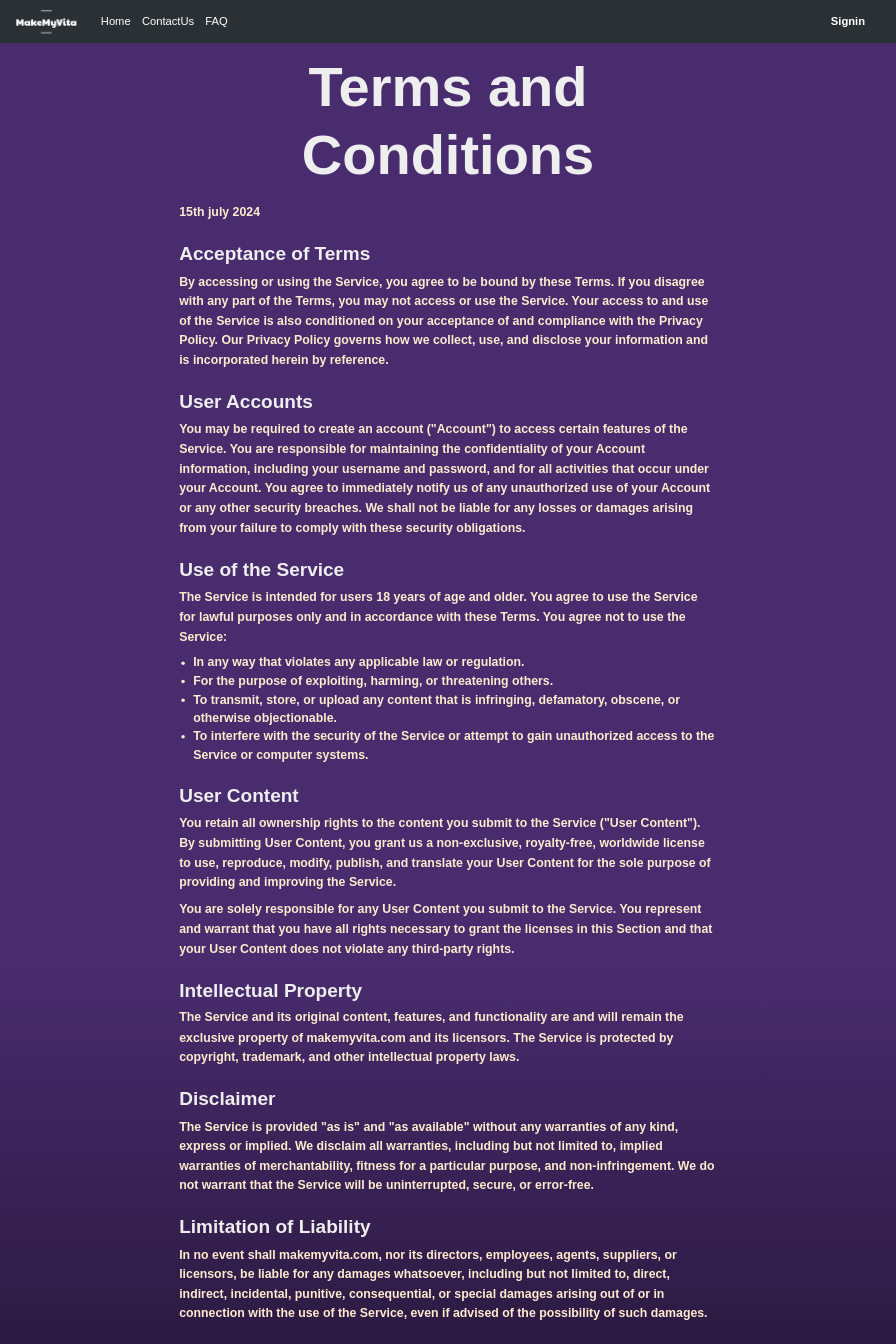
Repository: Tejaakshaykumar/MakeMyVita-Resume-Builder-Website
Page: /T&C (app in frontend/)
These files come from the project's save history. The page is drawn as it stood at one moment and after the next save; the edit follows.
The browser window is 1280 px wide. The pictures show the part of the page from y = 0 to 1920 px (the page is 2936 px tall), at 70% of full size.
Some web libraries are served in a nearby version. The project was rebuilt for these pictures with package versions that can differ from the ones it lists, and the page was loaded fresh each time. Also part of the build but not shown: frontend/src/App.css, frontend/src/containers/About.js, frontend/src/containers/Buildresume.js, frontend/src/containers/Images.js, frontend/src/containers/Features.js, frontend/src/containers/Review.js, frontend/src/containers/Trybox.js, frontend/src/containers/Motionbox.js and 5 more.

Above is the page before, as saved 2024-06-10 11:49:40.

### frontend/public/index.html
<!DOCTYPE html>
<html lang="en">
  <head>
    <meta charset="utf-8" />
    <link rel="icon" href="%PUBLIC_URL%/favicon.ico" />
    <meta name="viewport" content="width=device-width, initial-scale=1" />
    <meta name="theme-color" content="#000000" />
    <meta
      name="description"
      content="Web site created using create-react-app"
    />
    <link rel="apple-touch-icon" href="%PUBLIC_URL%/logo192.png" />
    <!--
      manifest.json provides metadata used when your web app is installed on a
      user's mobile device or desktop. See https://developers.google.com/web/fundamentals/web-app-manifest/
    -->
    <link rel="manifest" href="%PUBLIC_URL%/manifest.json" />
    <link rel="stylesheet" href="https://stackpath.bootstrapcdn.com/bootstrap/4.5.2/css/bootstrap.min.css">
  <link rel="stylesheet" href="https://stackpath.bootstrapcdn.com/font-awesome/4.7.0/css/font-awesome.min.css">
  <link href="https://cdn.jsdelivr.net/npm/bootstrap@5.3.3/dist/css/bootstrap.min.css" rel="stylesheet" integrity="sha384-QWTKZyjpPEjISv5WaRU9OFeRpok6YctnYmDr5pNlyT2bRjXh0JMhjY6hW+ALEwIH" crossorigin="anonymous">
  <link href="https://cdn.jsdelivr.net/npm/bootstrap-icons@1.7.2/font/bootstrap-icons.css" rel="stylesheet">
    <!--
      Notice the use of %PUBLIC_URL% in the tags above.
      It will be replaced with the URL of the `public` folder during the build.
      Only files inside the `public` folder can be referenced from the HTML.

      Unlike "/favicon.ico" or "favicon.ico", "%PUBLIC_URL%/favicon.ico" will
      work correctly both with client-side routing and a non-root public URL.
      Learn how to configure a non-root public URL by running `npm run build`.
    -->
    <title>React App</title>
  </head>
  <body>
    <noscript>You need to enable JavaScript to run this app.</noscript>
    <div id="root"></div>
    <!--
      This HTML file is a template.
      If you open it directly in the browser, you will see an empty page.

      You can add webfonts, meta tags, or analytics to this file.
      The build step will place the bundled scripts into the <body> tag.

      To begin the development, run `npm start` or `yarn start`.
      To create a production bundle, use `npm run build` or `yarn build`.
    -->
  </body>
  <script src="https://cdn.jsdelivr.net/npm/bootstrap@5.3.3/dist/js/bootstrap.bundle.min.js" integrity="sha384-YvpcrYf0tY3lHB60NNkmXc5s9fDVZLESaAA55NDzOxhy9GkcIdslK1eN7N6jIeHz" crossorigin="anonymous"></script>
</html>

### frontend/src/containers/Navbar.js
import React from 'react';
import { useNavigate } from 'react-router-dom';
import logo from '../images/HubSpot Brand Kit/Logo/PNG/main-logo-white-transparent.png';
export default function Navbar() {
  const navigate = useNavigate();
  const handleSigninClick = () => {
    navigate('/signin');
  };
  return (
    <div>

      <nav className="navbar fixed-top navbar-expand-lg bg-body-tertiary" data-bs-theme="dark" >
      <div className="container-fluid" >
        <a className="navbar-brand" href="/">
        <img src={logo} alt="Logo" style={{height:'5vh',width:'15vh',objectFit:'cover'}} />
        </a>
        <button
          className="navbar-toggler"
          type="button"
          data-bs-toggle="collapse"
          data-bs-target="#navbarSupportedContent"
          aria-controls="navbarSupportedContent"
          aria-expanded="false"
          aria-label="Toggle navigation"
        >
          <span className="navbar-toggler-icon" />
        </button>
        <div className="collapse navbar-collapse" id="navbarSupportedContent">
          <ul className="navbar-nav me-auto mb-2 mb-lg-0">
            <li className="nav-item">
              <a className="nav-link active" aria-current="page" href="/">
                Home
              </a>
            </li>
            <li className="nav-item">
              <a className="nav-link active" aria-current="page" href="#">
                ContactUs
              </a>
            </li>
            <li className="nav-item">
              <a className="nav-link active" aria-current="page" href="/FAQ">
                FAQ
              </a>
            </li>
          </ul>
          <form className="d-flex">
            <button className=" btn btn-outline-success custom-btn" type="submit" onClick={handleSigninClick}>
            &nbsp;&nbsp;&nbsp;&nbsp;&nbsp;Signin&nbsp;&nbsp;&nbsp;&nbsp;&nbsp;
            </button>
          </form>
        </div>
      </div>
    </nav>

    </div>
  );
}

### frontend/src/containers/Foot.js
import React from 'react';
import './cont.css'; // Import the CSS file

export default function Foot() {
  return (
    <footer>
      <div className="footer-container ">
        <ul className="footer-nav">
        <li className="nav-item">
            <a className="nav-link" href="/aboutus">
              ABOUT US
            </a>
          </li>
          <>|</>
          <li className="nav-item">
            <a className="nav-link" href="/T&C">
              TERMS & CONDITIONS
            </a>
          </li>
          <>|</>
        <li className="nav-item">
            <a className="nav-link" href="/privacy">
              PRIVACY POLICY
            </a>
          </li>
          <>|</>
          <li className="nav-item">
            <a className="nav-link" href="#">
              CONTACT US
            </a>
          </li>
          <>|</>
          <li className="nav-item">
            <a className="nav-link" href="/FAQ">
              FAQs
            </a>
          </li>
        </ul>
        <div class="social-icons">
        <a href="https://www.facebook.com" target="_blank" aria-label="Facebook">
          <i class="bi bi-facebook"></i>
        </a>
        <a href="https://www.instagram.com" target="_blank" aria-label="Instagram">
          <i class="bi bi-instagram"></i>
        </a>
        <a href="https://www.pinterest.com" target="_blank" aria-label="Pinterest">
          <i class="bi bi-pinterest"></i>
        </a>
        <a href="https://www.youtube.com" target="_blank" aria-label="YouTube">
          <i class="bi bi-youtube"></i>
        </a>
        <a href="https://www.linkedin.com" target="_blank" aria-label="LinkedIn">
          <i class="bi bi-linkedin"></i>
        </a>
        <a href="https://www.twitter.com" target="_blank" aria-label="Twitter">
          <i class="bi bi-twitter"></i>
        </a>
      </div>
      <div className="footer-copy">
          &copy; 2024 developed by Teja Akshay Kumar
      </div>
      </div>
    </footer>
  );
}

### frontend/src/containers/cont.css
/* navbar */
.custom-btn {
  color: white;
}
.custom-btn:hover {
  color: black;
  background-color: white;
}

.footer-container {
  height: 25vh;
  width: 100%;
  background-color: rgb(0, 0, 0);
  color: white;
  display: flex;
  flex-direction: column;
  align-items: center;
  /* padding-bottom: 3%; */
  /* justify-content: center; */
}

.footer-nav {
  display: flex;
  list-style: none;
  padding-top: 30px;
  margin: 0;
}

.footer-nav .nav-item {
  margin: 0 50px;
}

.footer-nav .nav-item .nav-link {
  color: white;
  text-decoration: none;
  /* text-transform: uppercase; */
  /* text-decoration: underline; */
}

.footer-nav .nav-item .nav-link:hover {
  text-decoration: underline;
}

.footer-copy {
  /* padding-top: 5%; */
  text-align: center;
  font-size: large;
  font-weight: 500;
  /* padding-bottom: 3%; */
}

.social-icons {
  display: flex;
  justify-content: center;
  gap: 40px;
  padding: 40px;
  /* background-color: #f0f0f0; */
}

.social-icons a {
  color: #ffffff;
  font-size: 24px;
  text-decoration: none;
}

.social-icons a:hover {
  color: #007bff;
}

/* Features */

.feature-component {
  height: 90vh;
  width: 100%;
  display: flex;
  justify-content: flex-start;
  flex-wrap: wrap;
  margin-top: 10%;
  padding-left: 8%;
  padding-right: 8%;
}
.feature {
  flex: 1 1 30%;
  box-sizing: border-box;
  padding: 20px;
  margin: 10px;
  text-align: center;
  background-color: #fff;
  border-radius: 8px;
  /* box-shadow: 0 4px 8px rgba(0, 0, 0, 0.1); */
}

.feature img {
  width: 60px;
  height:80px;
  margin-bottom: 10px;
}

.feature h3 {
  font-size: 1.5em;
  margin-bottom: 10px;
  font-weight: 500;
  font-family:'Franklin Gothic Medium', 'Arial Narrow', Arial, sans-serif;
}

.feature p {
  font-size: 1.3em;
  color: #666;
  font-weight: 400;
  font-family: 'Gill Sans', 'Gill Sans MT', Calibri, 'Trebuchet MS', sans-serif;
}

.feature:hover {
  background: linear-gradient(to right, #fd4908, #1e90ff);
  box-shadow: black;
  border-radius: 5%;
  color: rgb(255, 255, 255);
}

.feature:hover h3,
.feature:hover p {
  color: rgb(255, 255, 255);
}

/* About */
.resume-builder-container {
  display: flex;
  flex-direction: row;
  justify-content: space-between;
  align-items: center;
  padding: 10vh;
  /* background-color: #fff; */
  background: linear-gradient(to right, #84eefc, #ffffff, #ffffff);
  /* background:linear-gradient(to left, #00e1ff,#ffffff, #ffffff); */
  /* border: 1px solid #ddd; */
  /* border-radius: 8px; */
  /* box-shadow: 0 2px 4px rgba(0, 0, 0, 0.1); */
  height: 80vh;
}

.resume-builder-container1 {
  display: flex;
  flex-direction: row;
  justify-content: space-between;
  align-items: center;
  padding: 10vh;
  height: 80vh;
  background: linear-gradient(to top, #ffffff, #59CE8F,#E8F9FD, #ffffff);
}

/* .resume-builder-image {
    -webkit-mask-image: radial-gradient(circle, rgba(0, 0, 0, 1) 50%, rgba(0, 0, 0, 0) 90%);
    mask-image: radial-gradient(circle, rgba(0, 0, 0, 1) 50%, rgba(0, 0, 0, 0) 90%);
  }
   */
.resume-builder-content {
  max-width: 60%;
  padding: 10%;
}

.resume-builder-content1 {
  max-width: 70%;
  padding: 10%;
}

.resume-builder-content h1 {
  font-size: 4em;
  color: #333;
  margin-bottom: 10px;
  font-family: "Franklin Gothic Medium", "Arial Narrow", Arial, sans-serif;
  text-align: left;
}

.resume-builder-content p {
  font-size: 1.4em;
  font-weight: 400;
  color: #666;
  line-height: 1.5;
  margin-bottom: 20px;
  /* padding-left: 2%; */
  /* text-align: center; */
}

.resume-builder-content1 h1 {
  font-size: 4em;
  color: #333;
  margin-bottom: 10px;
  font-family: "Franklin Gothic Medium", "Arial Narrow", Arial, sans-serif;
  text-align: left;
}

.resume-builder-content1 p {
  font-size: 1.4em;
  font-weight: 400;
  color: #666;
  line-height: 1.5;
  margin-bottom: 20px;
  /* padding-left: 2%; */
  /* text-align: center; */
}

.aboutbutton {
  height: 6vh;
  width: 27%;
  margin-left: 20%;
  margin-top: 2%;
  text-align: center;
  font-weight: 500;
  border-radius: 7px;
  color: #ffffff;
  font-weight: 700;
  transition: background 0.3s ease;
  /* border-style:solid; */
  border-color: white;
  background: #3e14fc;
  box-shadow: 0 2px 6px rgba(24, 23, 23, 0.801);
  /* box-shadow: #3e14fc; */
}
.aboutbutton:hover {
  transition: background 0.3s ease;
  border-style: solid;
  background: linear-gradient(to right, #ffd000, #ff0000);
  box-shadow: #3e14fc;
}

.create-now-button {
  background-color: #00b0ff;
  color: #fff;
  border: none;
  padding: 10px 20px;
  font-size: 1em;
  border-radius: 5px;
  cursor: pointer;
}

.create-now-button:hover {
  background-color: #008cba;
}

.resume-builder-image {
  max-width: 40%;
}

.resume-builder-image img {
  max-width: 100%;
  height: auto;
  border-radius: 8px;
}

.text-gradient {
  background: linear-gradient(to right, #ff7f50, #1e90ff);
  -webkit-background-clip: text;
  -webkit-text-fill-color: transparent;
  background-clip: text;
  color: transparent;
}

.icon-container {
  width: 100%;
  height: 100px;
  overflow: hidden;
  white-space: nowrap;
  position: relative;
  background-color: #ffffff;
  padding-bottom: 25px;
}

.icons {
  display: inline-block;
  animation: moveIcons 40s linear infinite;
}

.icons img {
  font-size: 24px;
  margin: 0 15px; /* Add some margin between icons */
  color: #333;
  /* width: 100px; Adjust the size as needed */
  height: 50px;
}

@keyframes moveIcons {
  0% {
    transform: translateX(70%);
  }
  100% {
    transform: translateX(-100%);
  }
}

.try {
  height: 30vh;
  width: 100%;
  background-image: url("C:/Users/tejaa/Downloads/pexels-magda-ehlers-pexels-1279813.jpg");
  background-size: cover;
  align-items: center;
  display: flex;
  flex-direction: column;
  justify-content: center;
  margin-bottom: 7vh;
  margin-top: 5vh;
}

.try h2 {
  font-size: 280%;
  color: antiquewhite;
  text-shadow: 5px 5px 3px rgba(0, 0, 0, 0.3);
}
.try button {
  height: 4vh;
  width: 15%;
  font-weight: 700;
  border-radius: 5cm;
  color: blanchedalmond;
  border: #ffffff;
  background: linear-gradient(to right, #fd0808, #a51eff);
}

/* Review */
/* Styles for the main container */
/* Swiper specific styles */
/* #App {
  height: 100%;
}
html,
body {
  position: relative;
  height: 100%;
}

body {
  background: #eee;
  font-family: Helvetica Neue, Helvetica, Arial, sans-serif;
  font-size: 14px;
  color: #000;
  margin: 0;
  padding: 0;
} */
.swiper-container {
  /* position: relative; */
  height: 30vh;
  background: #ffffff;
  font-family: Helvetica Neue, Helvetica, Arial, sans-serif;
  font-size: 14px;
  color: #000;
  margin: 30px;
  padding: 10px;
  display: flex;
  flex-direction: row;
  justify-content: center;
}

.swiper {
  width: 100%;
  height: 100%;
}

.swiper-slide {
  text-align: center;
  font-size: 18px;
  background: #ffffff;
  display: flex;
  justify-content: center;
  align-items: center;
  padding-top: 20%;
  /* margin: 5%; */
}

.swiper-slide img {
  display: block;
  width: 100%;
  height: 100%;
  object-fit: cover;
}

.autoplay-progress {
  position: absolute;
  right: 16px;
  bottom: 16px;
  z-index: 10;
  width: 48px;
  height: 48px;
  display: flex;
  align-items: center;
  justify-content: center;
  font-weight: bold;
  color: var(--swiper-theme-color);
}

.autoplay-progress svg {
  --progress: 0;
  position: absolute;
  left: 0;
  top: 0px;
  z-index: 10;
  width: 100%;
  height: 100%;
  stroke-width: 4px;
  stroke: var(--swiper-theme-color);
  fill: none;
  stroke-dashoffset: calc(125.6px * (1 - var(--progress)));
  stroke-dasharray: 125.6;
  transform: rotate(-90deg);
}

### frontend/src/pages/pagestyles.css
/* TandC */

.tandc-container {
    max-width: 100%;
    /* margin: 0 auto; */
    padding: 6% 20%;
    font-family: Arial, sans-serif;
    background: linear-gradient(to top,rgb(0, 0, 0),rgb(73, 44, 110),rgb(73, 44, 110));
    /* color: #333; */
    color:blanchedalmond;
    /* margin-top: 7%; */
    margin-bottom: -2%;

  }

  .tandc-container h1 {
    text-align: center;
    margin-bottom: 20px;
    font-weight: 700;
    color: #eee;
    font-size: 5rem;
  }

  .tandc-container h2 {
    margin-top: 30px;
    color: #eee;
    font-weight: 700;
    font-size: 1.7rem;
  }

  .tandc-container p {
    line-height: 1.6;
    font-weight: 600;
    font-size: 1.1rem;
  }

  .tandc-container ul {
    list-style-type: disc;
    padding-left: 20px;
    font-weight: 600;
    font-size: 1.1rem;
  }

  .tandc-container a {
    color: #1a73e8;
    text-decoration: none;
  }

  .tandc-container a:hover {
    text-decoration: underline;
  }


  /* Privacy */
  .privacy-container {
    max-width: 800px;
    margin: 0 auto;
    padding: 20px;
    font-family: 'Arial', sans-serif;
    color: #333;
    line-height: 1.6;
    background-color: #fff;
    border-radius: 8px;
    box-shadow: 0 0 10px rgba(0, 0, 0, 0.1);
  }

  h1 {
    text-align: center;
    color: #333;
    font-size: 2.5rem;
    margin-bottom: 20px;
  }

  h2 {
    color: #444;
    font-size: 1.75rem;
    margin-top: 20px;
  }

  h3 {
    color: #555;
    font-size: 1.5rem;
    margin-top: 15px;
  }

  p {
    margin-bottom: 10px;
  }

  ul {
    list-style-type: disc;
    padding-left: 20px;
  }

  a {
    color: #1a73e8;
    text-decoration: none;
  }

  a:hover {
    text-decoration: underline;
  }

  @media (max-width: 600px) {
    .privacy-container {
      padding: 10px;
    }

    h1 {
      font-size: 2rem;
    }

    h2 {
      font-size: 1.5rem;
    }

    h3 {
      font-size: 1.25rem;
    }
  }

  /* Aboutus */
  .about-container {
    font-family: 'Arial', sans-serif;
    color: #fff;
    max-width: 1200px;
    margin: 0 auto;
    padding: 20px;
    background-color: #000; /* For overall contrast, adjust as needed */
  }

  .about-top {
    position: relative;
    text-align: center;
    color: white;
  }

  .about-image {
    width: 100%;
    height: auto;
    border-radius: 10px;
    opacity: 0.8;
  }

  .about-content {
    position: absolute;
    top: 50%;
    left: 50%;
    transform: translate(-50%, -50%);
    background-color: rgba(0, 0, 0, 0.5); /* Semi-transparent background */
    padding: 20px;
    border-radius: 10px;
    max-width: 90%;
    text-align: left;
  }

  .about-content h1 {
    font-size: 3rem;
    margin-bottom: 10px;
  }

  .about-content p {
    font-size: 1.2rem;
  }

  .about-bottom {
    background-color: #222;
    padding: 40px;
    border-radius: 10px;
    margin-top: 20px;
  }

  .about-bottom h2 {
    font-size: 2rem;
    margin-bottom: 20px;
  }

  .about-bottom p,
  .about-bottom ul {
    font-size: 1.2rem;
    line-height: 1.6;
  }

  .about-bottom ul {
    list-style-type: disc;
    padding-left: 20px;
  }

  .about-bottom h3 {
    font-size: 1.5rem;
    margin-top: 20px;
  }

  @media (max-width: 768px) {
    .about-content h1 {
      font-size: 2rem;
    }

    .about-content p {
      font-size: 1rem;
    }

    .about-bottom h2 {
      font-size: 1.5rem;
    }

    .about-bottom p,
    .about-bottom ul {
      font-size: 1rem;
    }
  }

  /* FAQ */
  /* styles.css */

/* body, html {
  margin: 0;
  padding: 0;
  font-family: Arial, sans-serif;
  background-color: #f7f7f7;
}

.app {
  display: flex;
  justify-content: center;
  align-items: center;
  min-height: 100vh;
  padding: 20px;
} */

.faq-container {
  background-color: white;
  padding: 20px;
  border-radius: 8px;
  max-width: 800px;
  width: 100%;
  box-shadow: 0 4px 8px rgba(0, 0, 0, 0.1);
}

.faq-container h1 {
  text-align: center;
  margin-bottom: 20px;
}

.faq-container input {
  width: 100%;
  padding: 10px;
  margin-bottom: 20px;
  border: 1px solid #ccc;
  border-radius: 4px;
}

.faq-list {
  max-height: 500px;
  overflow-y: auto;
}

.faq-item {
  border-bottom: 1px solid #eee;
  padding: 10px 0;
}

.faq-question {
  cursor: pointer;
  font-weight: bold;
}

.faq-answer {
  margin-top: 10px;
}

.related-articles {
  margin-top: 10px;
}

.related-articles h4 {
  margin-bottom: 5px;
}

.related-articles ul {
  padding-left: 20px;
  margin: 0;
}

.related-articles li {
  list-style-type: disc;
}



  /* Dashboard */
  body {
    font-family: Arial, sans-serif;
  }

  .sidebar {
    position: fixed;
    top: 0;
    bottom: 0;
    left: 0;
    z-index: 100;
    padding: 48px 0 0;
    box-shadow: inset -1px 0 0 rgba(0, 0, 0, .1);
  }

  .sidebar .nav-link {
    font-weight: 500;
    color: #333;
  }

  .sidebar .nav-link.active {
    color: #007bff;
  }

  .sidebar .nav-link:hover {
    color: #007bff;
  }

  .sidebar .sidebar-title {
    padding: 16px;
    font-size: 1.5rem;
    text-align: center;
  }

  .sidebar-footer {
    position: absolute;
    bottom: 0;
    width: 100%;
    padding: 16px;
    text-align: center;
  }

  .sidebar-footer .nav-link {
    color: #007bff;
  }

  .sidebar-footer .nav-link:hover {
    color: #0056b3;
  }

  .badge-new {
    background-color: #28a745;
    color: white;
    padding: 4px 8px;
    border-radius: 12px;
  }

  .card {
    margin-bottom: 1.5rem;
  }

  .card-title {
    font-size: 1.5rem;
    font-weight: bold;
  }

  .alert {
    margin-bottom: 0;
    font-size: 0.875rem;
  }

  @media (max-width: 767.98px) {
    .sidebar {
      position: relative;
      width: 100%;
      height: auto;
    }

    .sidebar .nav-link {
      font-size: 0.875rem;
    }
  }


  /* Signin */


  .signin {
    /* background: linear-gradient(45deg, #a1c4fd, #c2e9fb); */
    font-family: 'Arial', sans-serif;
    /* background:linear-gradient(to top,#000000,#5A72A0,#83B4FF,#FDFFE2); */
    background:linear-gradient(to top,#000000,#243763);
    /* background:linear-gradient(to top,#000000,#E96479,#F5E9CF,#c4fffd); */

    height: 100vh;
    display: flex;
    justify-content: center;
    align-items: center;
    margin-bottom: -2%;
  }

  .signin-container {
    text-align: center;

  }

  .signin-box {
    background: #fff;
    padding: 40px;
    border-radius: 8px;
    box-shadow: 0px 0px 20px rgba(0, 0, 0, 0.301);
    width: 500px;
    max-width: 90%;
  }

  .signin-header h2 {
    font-size: 24px;
    font-weight: 700;
    margin-bottom: 10px;
  }

  .signin-header p {
    font-size: 14px;
    color: #777;
    margin-bottom: 20px;
  }

  .form-group {
    margin-bottom: 15px;
  }

  .form-group label {
    display: block;
    text-align: left;
    margin-bottom: 5px;
  }

  .form-control {
    width: 100%;
    padding: 10px;
    border: 1px solid #ccc;
    border-radius: 4px;
    box-sizing: border-box;
  }

  .input-group {
    display: flex;
    align-items: center;
  }

  .input-group-append {
    background: #fff;
    border: 1px solid #ccc;
    border-left: 0;
    padding: 10px;
    border-radius: 0 4px 4px 0;
    cursor: pointer;
  }

  .form-check {
    display: flex;
    align-items: center;
    justify-content: space-between;
    margin: 20px 0;
  }

  .form-check-input {
    margin-right: 10px;
  }

  .form-check-label {
    margin-right: auto;
  }

  .forgot-password {
    color: #000;
    text-decoration: none;
  }

  .btn {
    width: 100%;
    padding: 10px;
    border: none;
    border-radius: 4px;
    cursor: pointer;
    font-size: 16px;
    font-weight: bold;
  }

  .btn-primary {
    background: #000;
    color: #fff;
  }

  .or-use {
    margin: 20px 0;
  }

  .or-use span {
    background: #fff;
    padding: 0 10px;
    color: #777;
  }

  .social-login {
    display: flex;
    justify-content: center;
    margin: 20px 0;
  }

  .social-login button {
    margin: 0 10px;
    width: 50px;
    height: 50px;
    border-radius: 50%;
    border: 1px solid #ccc;
    display: inline-flex;
    justify-content: center;
    align-items: center;
    background: #fff;
    cursor: pointer;
  }

  footer {
    margin-top: 20px;
  }

  footer p {
    font-size: 14px;
    color: #777;
  }

Loaded but not shown: frontend/src/index.js (common file); frontend/src/index.css (common file); frontend/src/reportWebVitals.js (common file); frontend/src/pages/TandC.js (106 lines, source omitted); frontend/src/App.js (99 lines, source omitted)

After the next save:
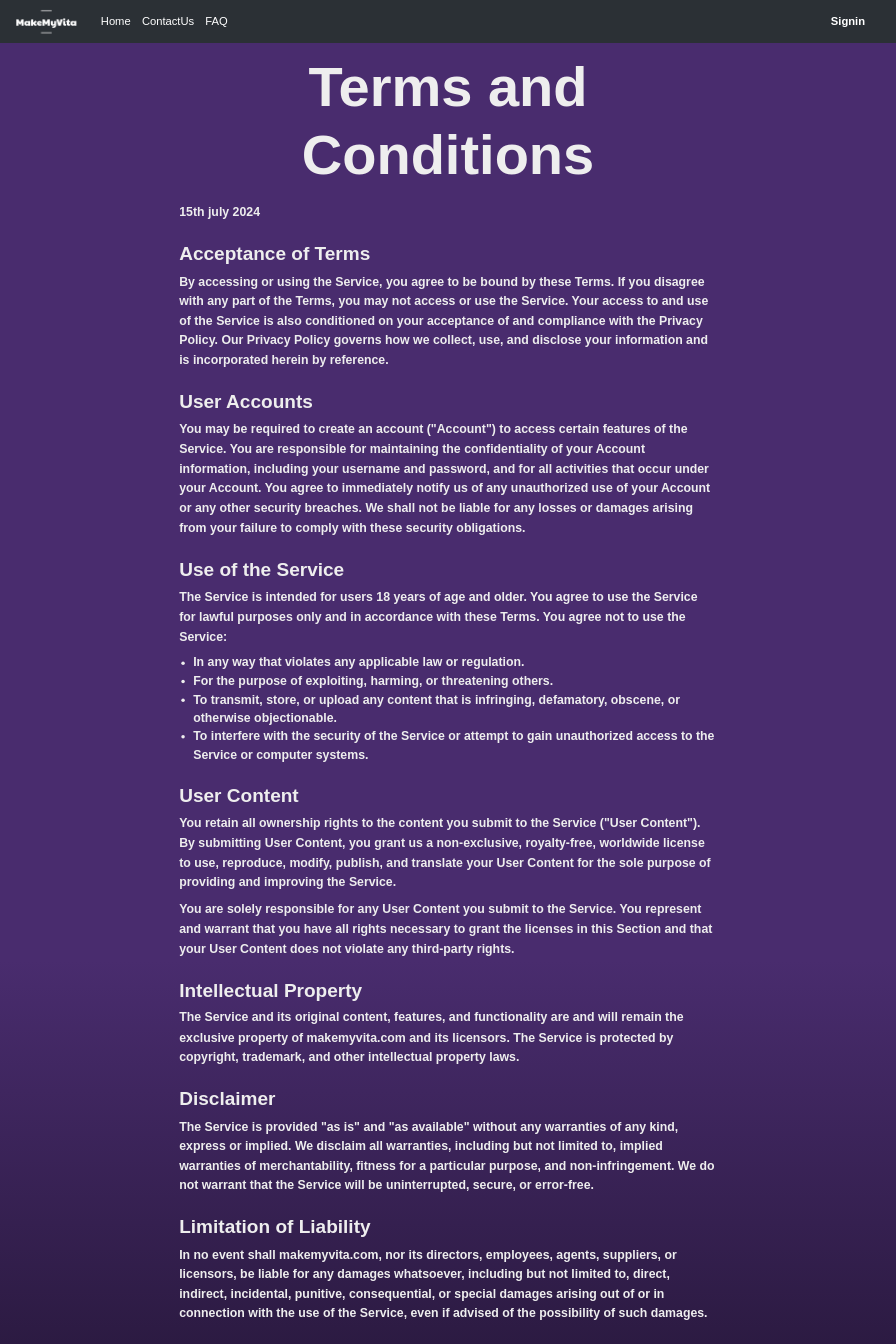
Saved 14 s later.
--- a/frontend/src/pages/pagestyles.css
+++ b/frontend/src/pages/pagestyles.css
@@ -7,7 +7,7 @@
     font-family: Arial, sans-serif;
     background: linear-gradient(to top,rgb(0, 0, 0),rgb(73, 44, 110),rgb(73, 44, 110));
     /* color: #333; */
-    color:blanchedalmond;
+    color:#eee;
     /* margin-top: 7%; */
     margin-bottom: -2%;
 
